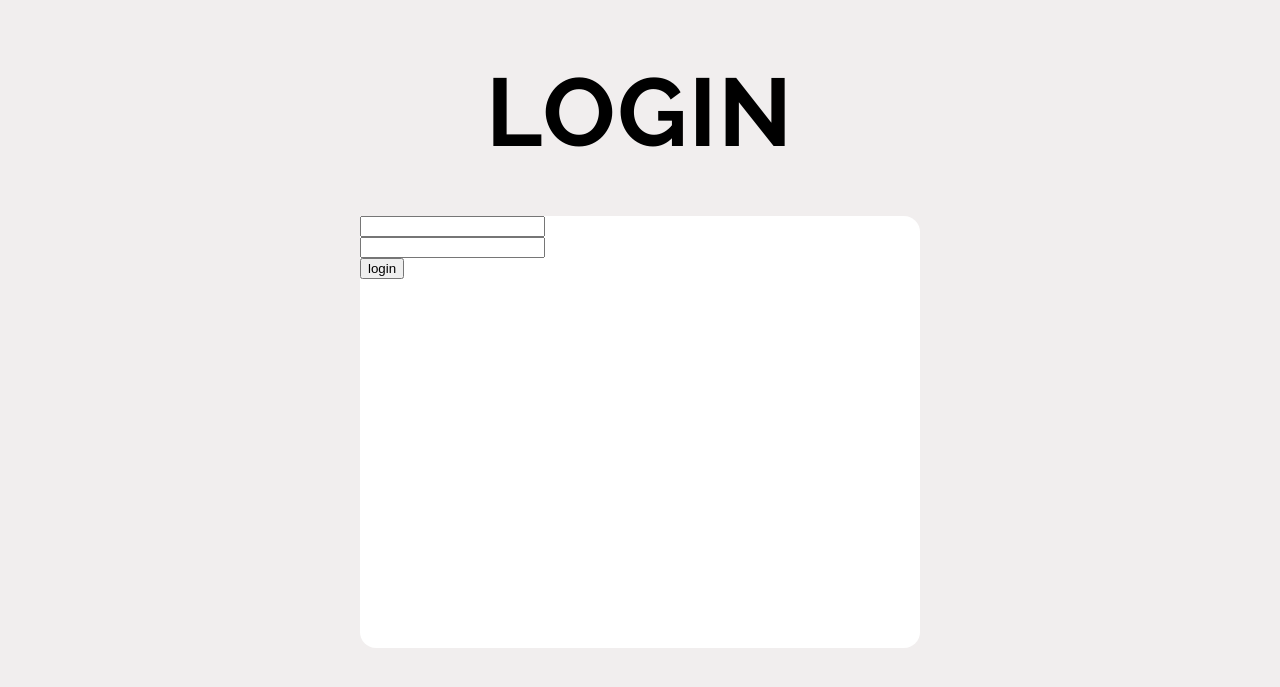
Repository: rehamtaher10/thirdReactTask
Page: /
The author's editor kept a copy of each file at every save. The page is drawn from the files as they stood at one save, then again after the next save.
The browser window is 1280 px wide. The pictures show the whole page.
The project was rebuilt for these pictures with package versions that can differ from the ones it lists, and the page was loaded fresh each time. Also part of the build but not shown: vite.config.js, src/components/HomePage/Home.jsx, src/style/navBar.css, src/components/Navbar.jsx, src/components/Layout/Layout.jsx, src/components/AboutPage/About.jsx, src/style/contactUs.css, src/components/ContactUsPage/ContactUs.jsx and 2 more.

Above is the page before, as saved 2024-12-01 23:41:34.

### src/App.jsx
import React from "react";
import Home from "./components/HomePage/Home";
import { createBrowserRouter, RouterProvider } from "react-router-dom";
import Layout from "./components/Layout/Layout";
import About from "./components/AboutPage/About";
import ContactUs from "./components/ContactUsPage/ContactUs";
import Service from "./components/ServicePage/Service";
import LoginPage from "./components/loginPage/LoginPage"

export default function App() {
  const Routing = createBrowserRouter([
    { path: "", element: <LoginPage /> },
    {
      path: "home",
      element: <Layout />,
      // errorElement: <h1>404 Not Found</h1>,
      children: [
        { path: "", element: <Home /> },
        { path: "about", element: <About /> },
        { path: "service", element: <Service /> },
        {
          path: "contact",
          element: <ContactUs />,
          children: [
            { index: true, element: <h1>Contact us Form</h1> },
            { path: "location", element: <h1>Contact us Location</h1> },
            { path: "emails", element: <h1>Contact us Emails</h1> },
            { path: "phone-number", element: <h1>Phone Number</h1> },
          ],
        },
        { path: "*", element: <section>Not Found Page</section> },
      ],
    },
  ]);
  return <RouterProvider router={Routing} />;
}

### src/components/loginPage/LoginPage.jsx
import { Form, Formik } from "formik";
import React from "react";
import { useNavigate } from "react-router-dom";
import * as Yup from "yup";
import WrapperInput from "../wrapperInput/WrapperInput";
import "../../style/loginPage.css";
export default function LoginPage() {
  const navigate = useNavigate();

  const validationSchema = Yup.object({
    email: Yup.string()
      .email("Must Be Like E-mail Format")
      .required("E-mail is Requird"),
    password: Yup.string().min(7).max(15).required("Password is Requird"),
  });
  const initialValues = {
    email: "",
    password: "",
  };
  const onSubmit = (values) => {
    console.log(values);
    navigate("/home");
  };

  return (
    <div className="loginComponent">
      <h1>Login</h1>
      <Formik
        initialValues={initialValues}
        onSubmit={onSubmit}
        validationSchema={validationSchema}
      >
        <Form>

          <WrapperInput name={"email"} isDefault />
          <WrapperInput name={"password"} isPassword />
          <button type="submit">login</button>
        </Form>
      </Formik>
    </div>
  );
}

### src/components/wrapperInput/WrapperInput.jsx
import { ErrorMessage, Field } from "formik";
import React from "react";
import ErrorMessageField from "./ErrorMessageField";

export default function WrapperInput({ name, placeholder ,isDefault ,isPassword,label}) {
    return (
        <div className="wrapper_input">
            {label && <label htmlFor={name}>{label}</label>}
            {isDefault && <Field name={name} placeholder={placeholder} />}
            {isPassword && (
                <Field name={name} placeholder={placeholder}>
                    {({ field }) => <input type="password" {...field} />}
                </Field>
            )}
            <ErrorMessage name={name} component={ErrorMessageField} />
        </div>
    );
}


// React Basics (Folder Structure - Components - Props - State)
// Style (External - Sass + Bem - Bootrstrap  - MUI)
// Hooks (UseState - UseEffect - UseContext - UseRef)
// Routes (React Router Dom)
// Formik + Yup
// State Management (React Query + Redux)

### src/style/loginPage.css
@import url('https://fonts.googleapis.com/css2?family=Raleway:ital,wght@0,100..900;1,100..900&display=swap');

body {
  background-color: rgb(241, 238, 238);
}
.loginComponent {
  display: flex;
  flex-direction: column;
  justify-content: center;
  align-items: center;
}
.loginComponent h1 {
  font-family: "Raleway", sans-serif;
  font-size: 6rem;
  text-transform: uppercase;
  letter-spacing: 2px;
  margin-block: 3rem;
}
.loginComponent form{
    background-color: white;
    width: 35rem;
    height: 27rem;
    border-radius: 1rem;

}

Loaded but not shown: index.html (common file); src/main.jsx (common file)

After the next save:
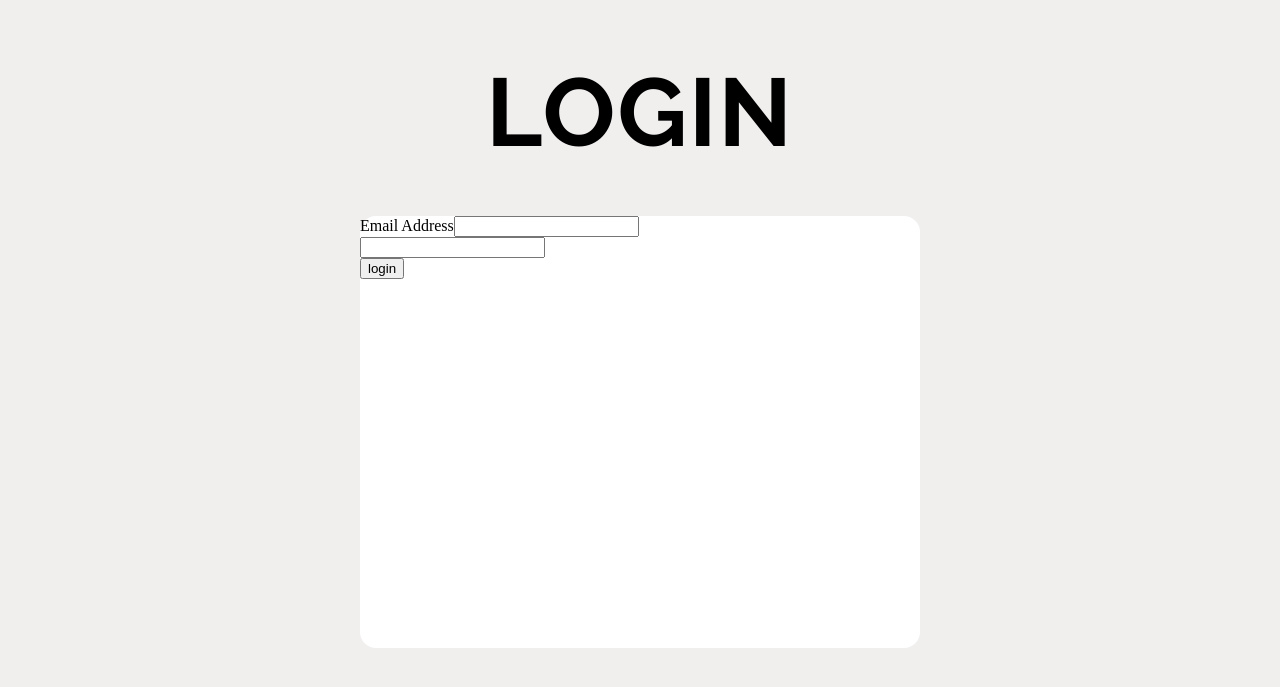
Saved 47 s later.
--- a/src/components/loginPage/LoginPage.jsx
+++ b/src/components/loginPage/LoginPage.jsx
@@ -32,7 +32,7 @@ export default function LoginPage() {
       >
         <Form>
 
-          <WrapperInput name={"email"} isDefault />
+          <WrapperInput name={"email"} label="Email Address" isDefault />
           <WrapperInput name={"password"} isPassword />
           <button type="submit">login</button>
         </Form>
